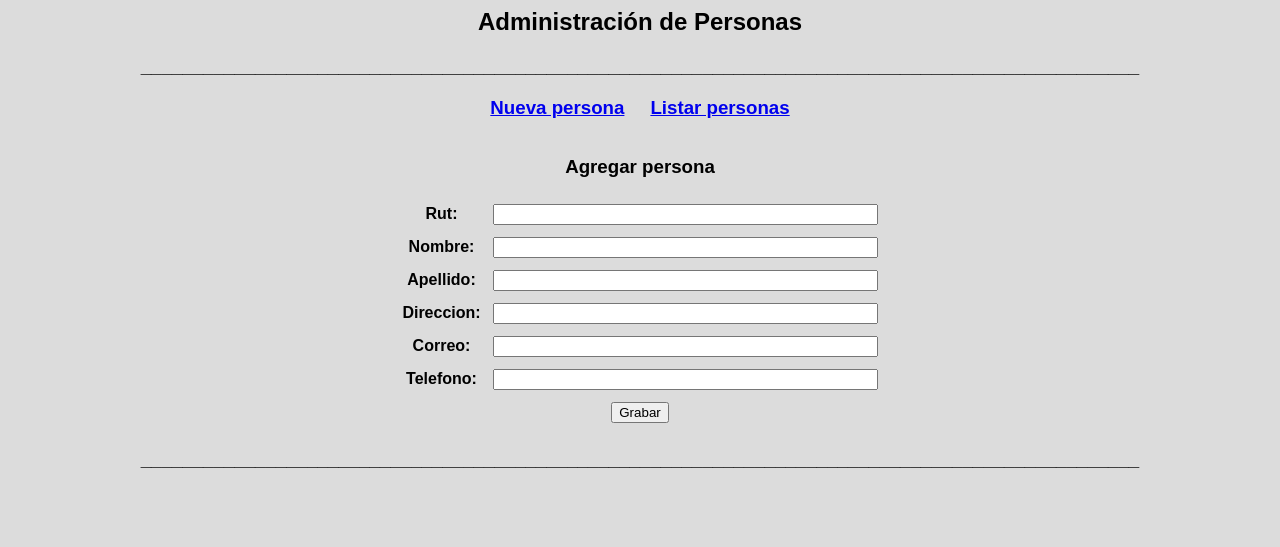
Repository: miguelalvarezcl/examen
Page: http://localhost/CtaCorriente/newpersona
These files come from the project's save history. The page is drawn as it stood at one moment and after the next save; the edit follows.
The browser window is 1280 px wide. The pictures show the whole page.
The page is served by Tomcat 9.

Above is the page before, as saved 2021-11-13 21:43:25.

After the next save:
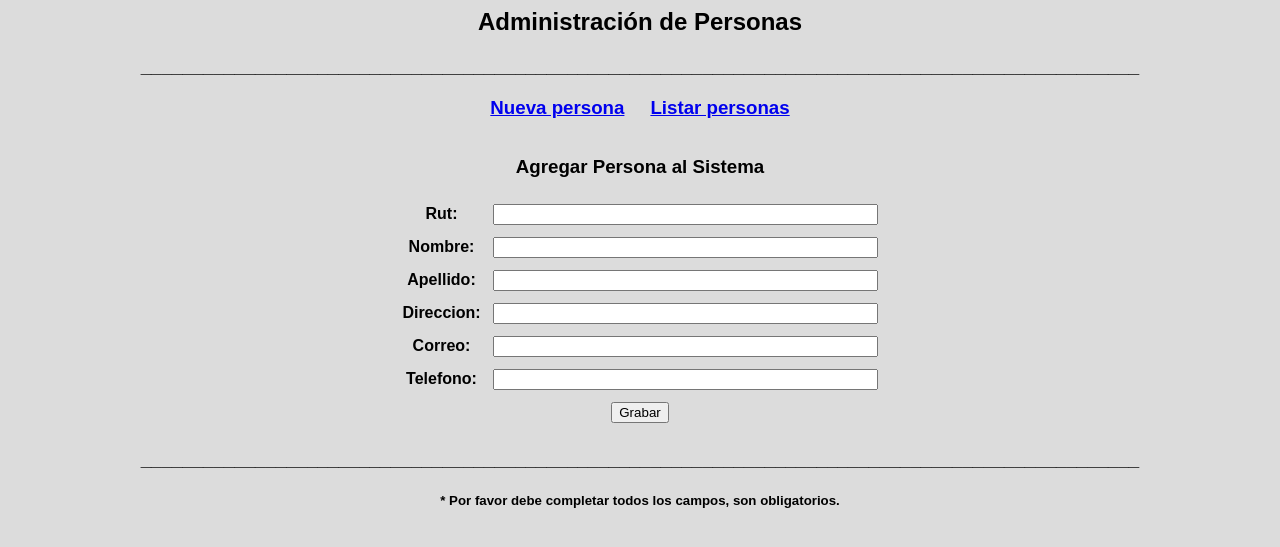
Saved 82 s later.
--- a/CtaCorriente/WebContent/FormularioPersona.jsp
+++ b/CtaCorriente/WebContent/FormularioPersona.jsp
@@ -30,7 +30,7 @@
                         Editar persona
                     </c:if>
                     <c:if test="${personabd == null}">
-                        Agregar persona
+                        Agregar Persona al Sistema
                     </c:if>
                 </h3>
             </caption>
@@ -116,6 +116,7 @@
     </div>
         <center>
         	<h3>________________________________________________________________________________________________</h3>
+        	<h5>* Por favor debe completar todos los campos, son obligatorios.</h5>
     	</center>
 </body>
 </html>
